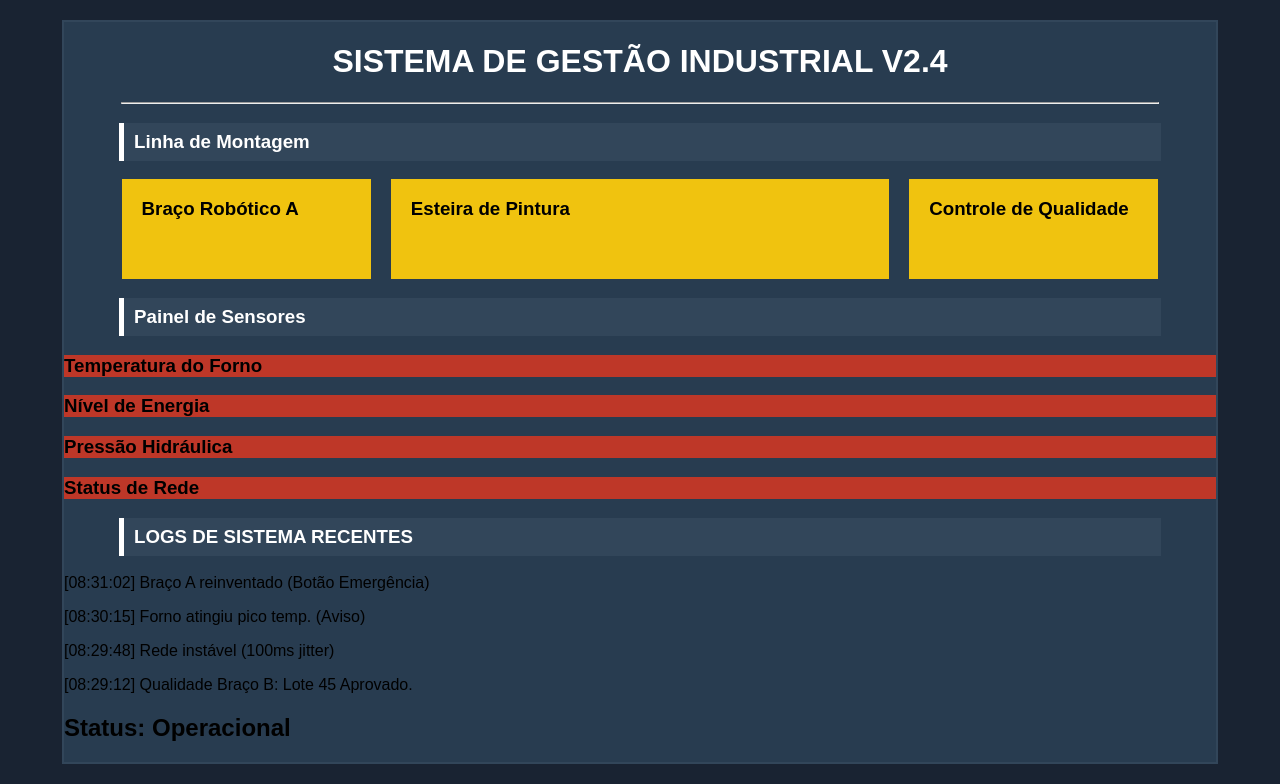
Repository: DanielEDapper/Front-WEG
Page: ProfeIgor/Aula5 - Dashboard Industrial/index.html
The author's editor kept a copy of each file at every save. The page is drawn from the files as they stood at one save, then again after the next save.
The browser window is 1280 px wide. The pictures show the whole page.
Some icons come from a web library that is not loaded, so they are not drawn.

Above is the page before, as saved 2026-05-29 19:54:10.

After the next save:
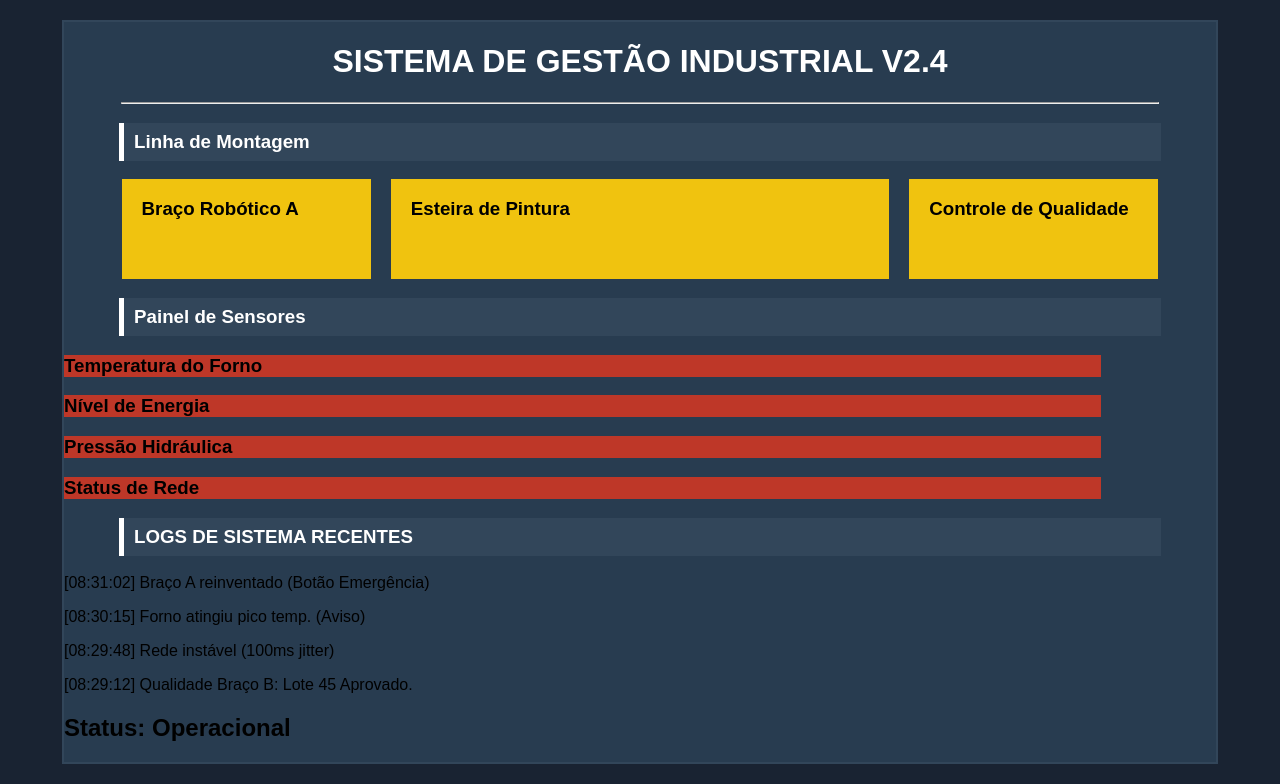
Saved 4 s later.
--- a/ProfeIgor/Aula5 - Dashboard Industrial/style.css
+++ b/ProfeIgor/Aula5 - Dashboard Industrial/style.css
@@ -95,7 +95,8 @@ hr{
 }
 
 .container-sensores{
-    w
+    width: 90%;
+
 }
 
 .card-sensores{
